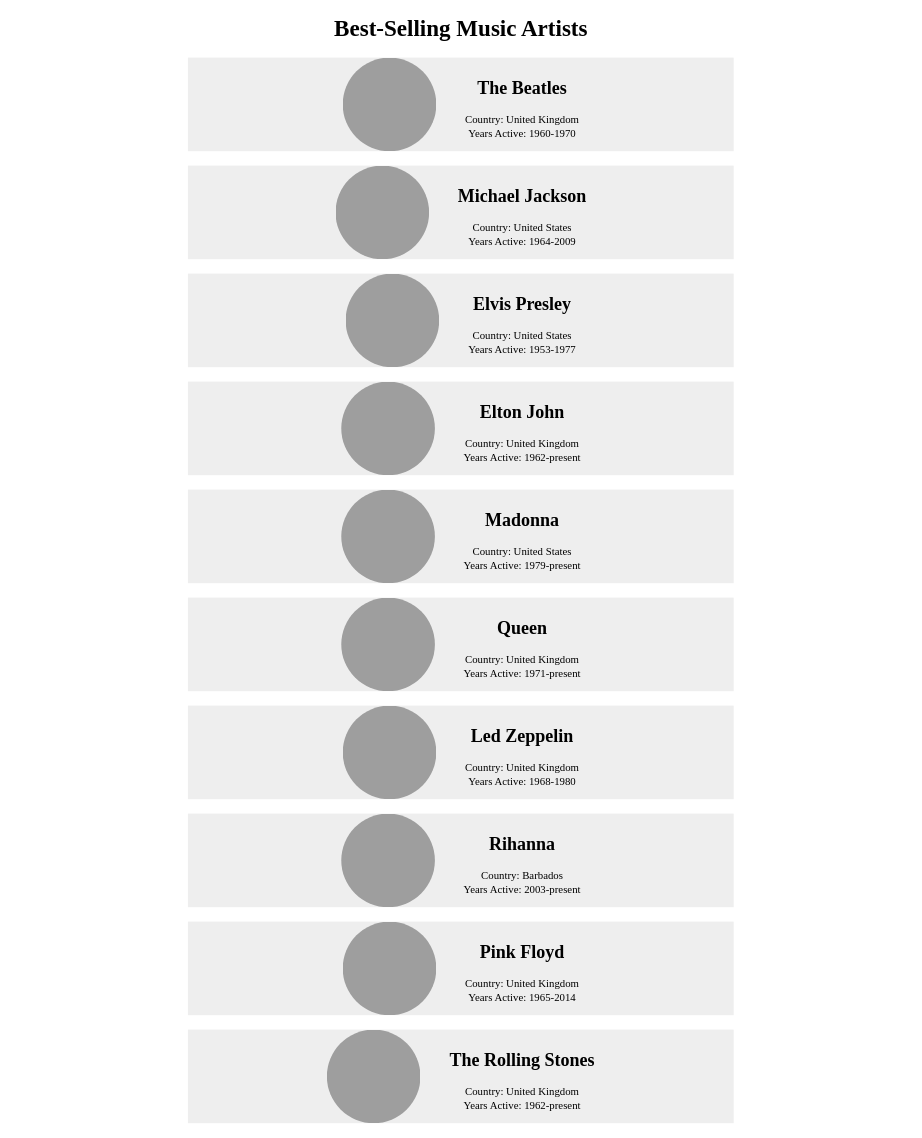
Repository: SamanthaYan298/my_artists
Page: /
The author's editor kept a copy of each file at every save. The page is drawn from the files as they stood at one save, then again after the next save.
The browser window is 1280 px wide. The pictures show the whole page, at 72% of full size.
Pictures or frames that could not be fetched are drawn as grey boxes. The project was rebuilt for these pictures with package versions that can differ from the ones it lists, and the page was loaded fresh each time. Also part of the build but not shown: vite.config.js.

Above is the page before, as saved 2024-09-16 18:22:47.

After the next save:
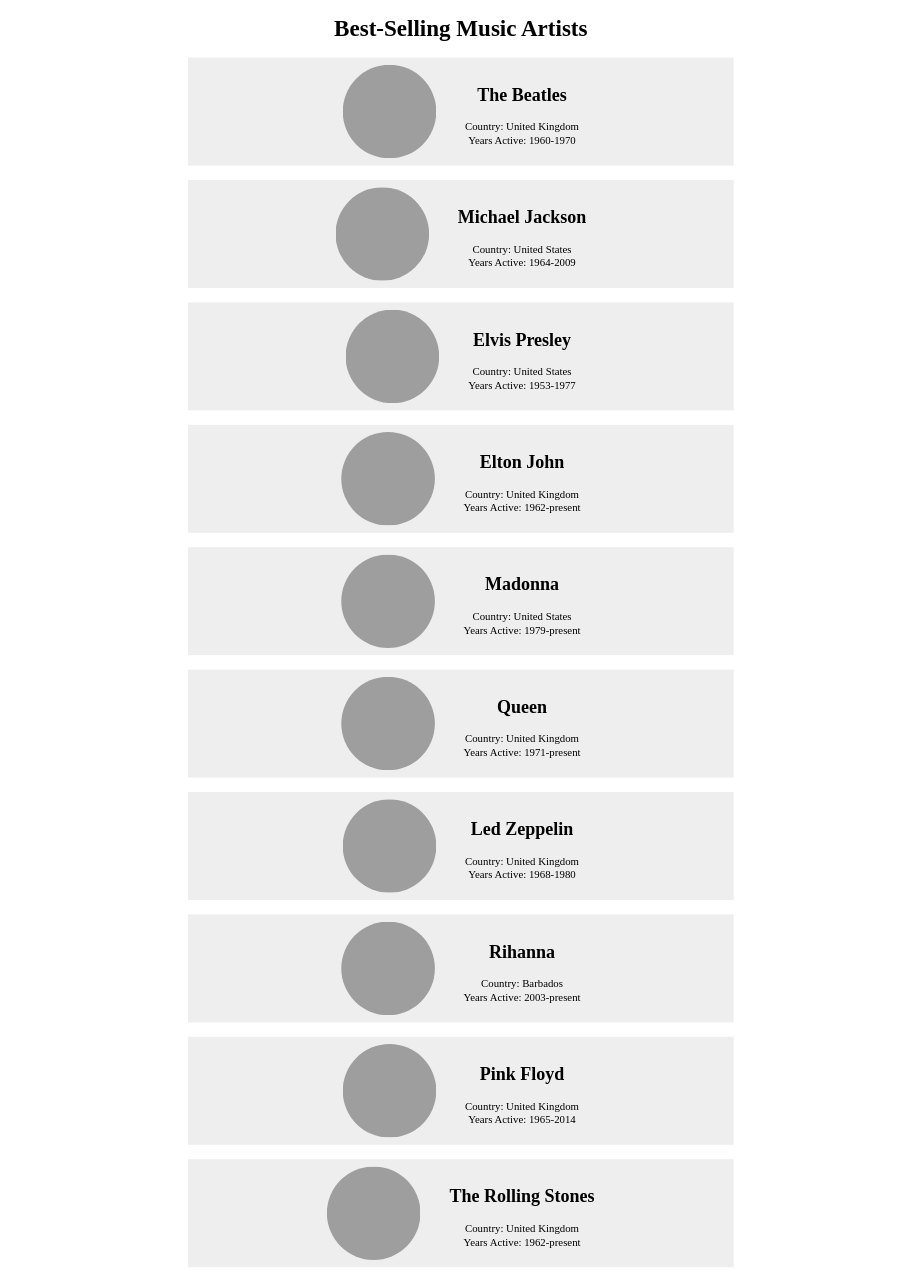
Saved 12 s later.
--- a/src/index.css
+++ b/src/index.css
@@ -11,8 +11,8 @@
     line-height: 4px;
     font-size: 15px;
     width: 60%;
-    height: 100%;
     background-color: #eee;
+    padding: 10px 0;
     margin: 20px auto;
 }
 
